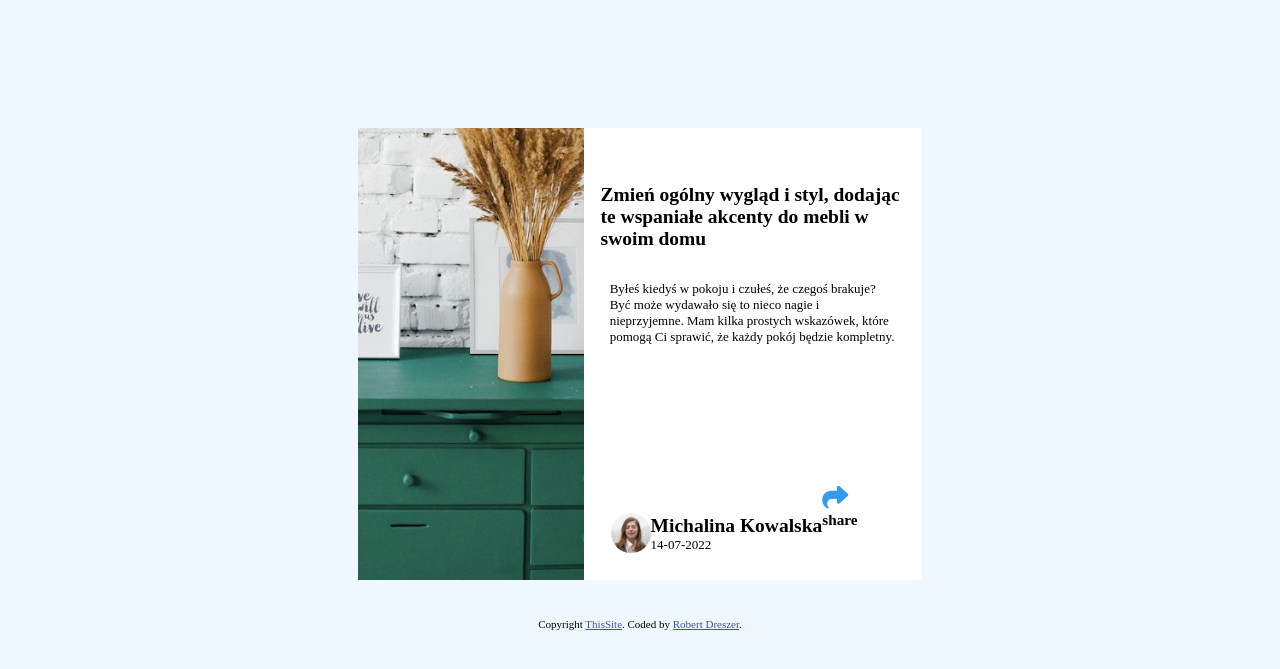
Repository: RobertDsr/komponent-podgl-du-produktu
Page: index.html
An editor plug-in stored every save of this project. The page is shown before and after the next save, followed by the edit.
The browser window is 1280 px wide. The pictures show the whole page.
Some web libraries are served in a nearby version. The style sheet was rebuilt from its Sass, Less or Tailwind sources for each picture, by a compiler version that may differ from the author's.

Above is the page before, as saved 2022-07-14 13:44:47.

After the next save:
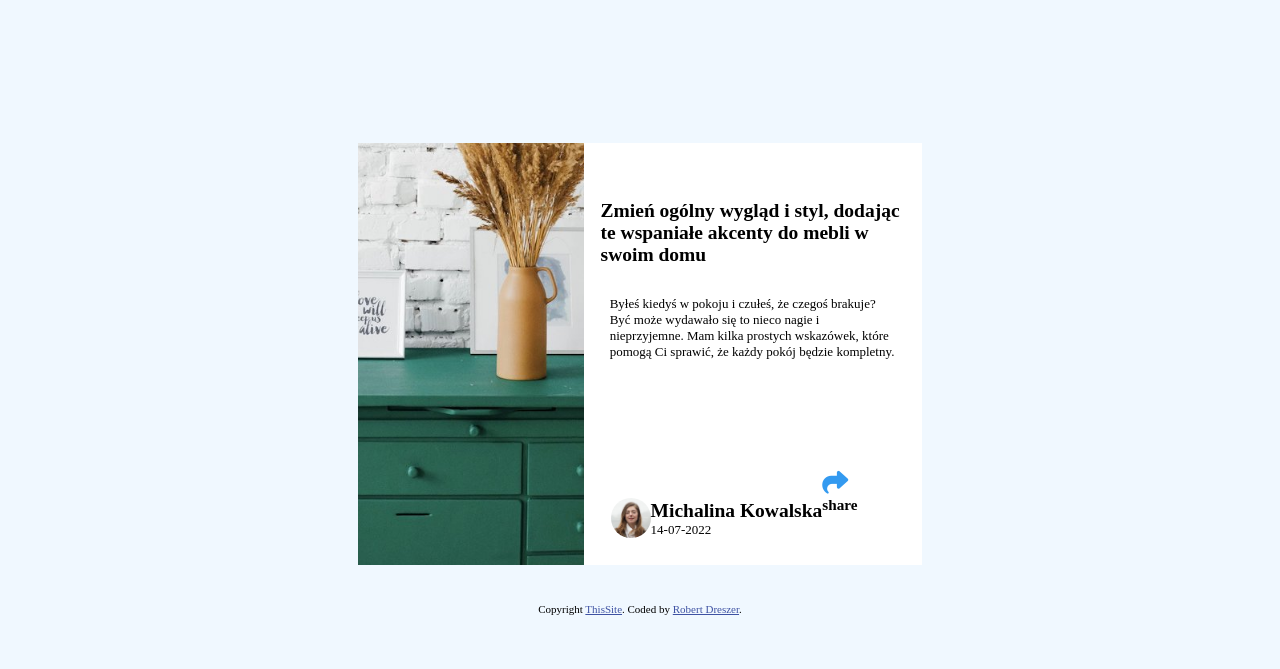
Saved 13 s later.
--- a/design/scss/main.scss
+++ b/design/scss/main.scss
@@ -42,7 +42,7 @@ body {
 }
 
 .articleDescription p {
-    padding: 10% 3% ;
+    padding: 10% 3% 0;
 }
 
 .author {
